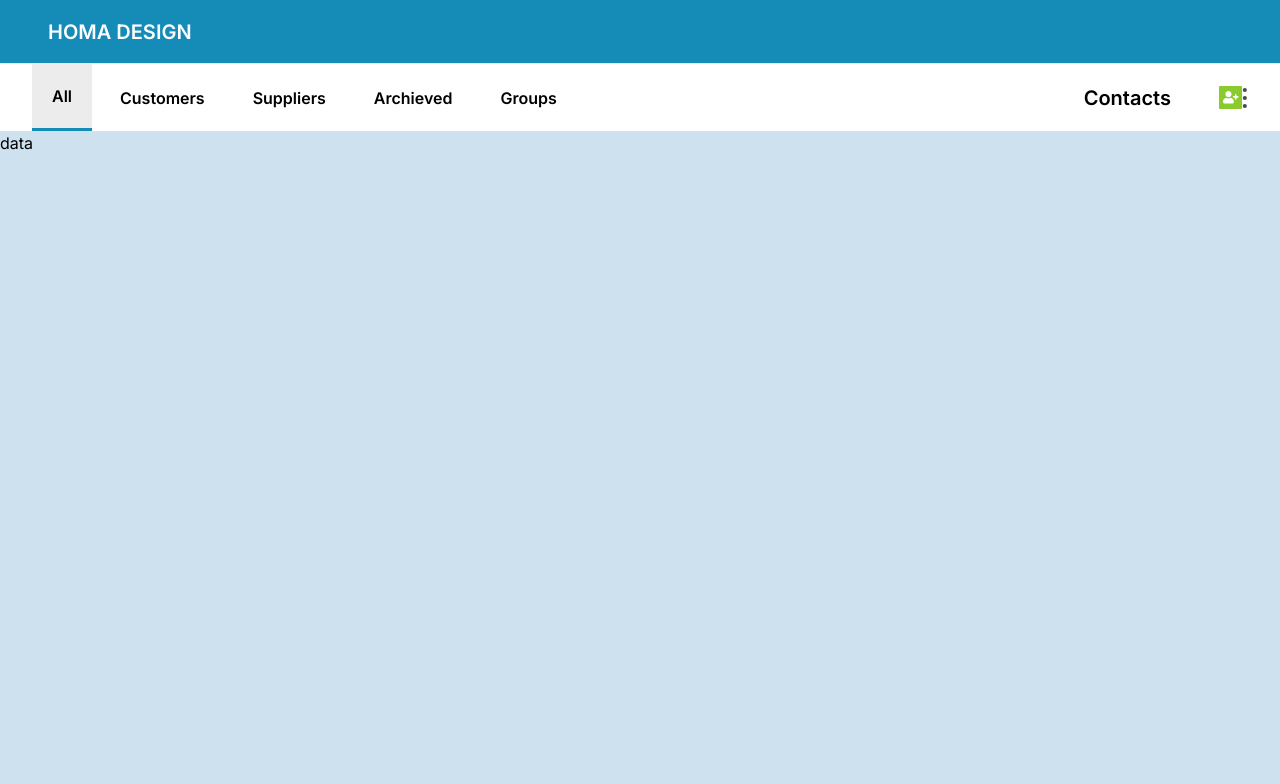
Repository: khairul35/homa-FE
Page: /contact
The author's editor kept a copy of each file at every save. The page is drawn from the files as they stood at one save, then again after the next save.
The browser window is 1280 px wide. The pictures show the whole page.
The project was rebuilt for these pictures with package versions that can differ from the ones it lists, and the page was loaded fresh each time. The framework's server and built-in components were replaced by stand-ins that run in the browser. Also part of the build but not shown: next.config.js, app/components/layout/header/BusinessMenu.tsx, app/components/layout/header/CompanyMenu.tsx.

Above is the page before, as saved 2024-01-06 10:25:01.

### app/layout.tsx
import type { Metadata } from 'next'
import { Inter } from 'next/font/google'
import Header from './components/layout/Header';
import './globals.css'

const inter = Inter({ subsets: ['latin'] })

export const metadata: Metadata = {
  title: 'MyAccount2U',
  description: 'Accounting System',
}

export default function RootLayout({
  children,
}: {
  children: React.ReactNode
}) {
  return (
    <html lang="en">
      <body className={inter.className}>
        <div className='flex flex-col h-screen'>
          <Header />
          {children}
        </div>
      </body>
    </html>
  )
}

### app/contact/page.tsx
'use client';
import { useState } from 'react';
import { ComponentProps } from './index.props';
import Component from './index.component';

const Contact = () => {
    const [currentTab, setCurrentTab] = useState('all');
    const selectedStyle = {
        backgroundColor: '#ECECEC',
        borderBottom: '3px solid #158BB8',
    };

    const onClickAddContact = () => {

    }

    const componentProps: ComponentProps = {
        currentTab,
        selectedStyle,
        setCurrentTab,
        onClickAddContact
    };

    return (<Component {...componentProps} />)
};

export default Contact;

### app/components/layout/Header.tsx
'use client';

import Link from "next/link";
import BusinessMenu from "./header/BusinessMenu";
import CompanyMenu from "./header/CompanyMenu";
import OrganizationRepository from '@/api/organization';
import { useState, useEffect } from "react";
import { Organization } from "./props";
import { CompanyMenuProps } from "./header/props";

const Header = () => {
    const [organization, setOrganization] = useState<Partial<Organization>>({});
    const [organizations, setOrganizations] = useState<Organization[]>([]);

    const findMyOrganization = async () => {
        const { data } = await OrganizationRepository.findMyOrganization();
        setOrganization(data);
    };

    const findMyOrganizations = async () => {
        const { data } = await OrganizationRepository.findMyOrganizations();
        setOrganizations(data);
    };

    useEffect(() => {
        if (localStorage.getItem('isLogin') == 'true') {
            findMyOrganization();
            findMyOrganizations();
        }
    }, []);

    const companyMenuProps: CompanyMenuProps = {
        organizations,
        organization,
    };

    return (
        localStorage.getItem('isLogin') == 'true' ?
        <div
            className="navbar border-b shadow-black-200"
            style={{ backgroundColor: "#158BB8", color: "#fff" }}
        >
            <div className="navbar-start">
                <div className="dropdown">
                    <label tabIndex={0} className="btn -btn-ghost lg:hidden">
                        <svg
                            xmlns="http:www.w3.org/2000/svg"
                            className="h-5 2-5"
                            fill="none"
                            viewBox="0 0 24 24"
                            stroke="currentColor"
                        >
                            <path
                                strokeLinecap="round"
                                strokeLinejoin="round"
                                strokeWidth="2"
                                d="M4 6h16M4 12h8m-8 6h16"
                            />
                        </svg>
                    </label>
                    <ul
                        tabIndex={0}
                        className="menu menu-sm dropdown-content mt-3 z-[1] p-2 shadow bg-base-100 rounded-box w-52">
                        <li>
                            <Link href="/dashboard">Dashboard</Link>
                        </li>
                        <li>
                            <a>Parent</a>
                            <ul className="p-2">
                                <li><a>Submenu 1</a></li>
                                <li><a>Submenu 2</a></li>
                            </ul>
                        </li>
                        <li>
                            <a>Item 3</a>
                        </li>
                    </ul>
                </div>
                <div className="navbar-center hidden lg:flex">
                    <ul className="menu menu-horizontal px-1">
                        <li>
                            <Link href="/dashboard">Dashboard</Link>
                        </li>
                        <li tabIndex={0} style={{ zIndex: 2 }}>
                            <details>
                                <summary>Business</summary>
                                <BusinessMenu />
                            </details>
                        </li>
                        <li>
                            <Link href="/accounting">Accounting</Link>
                        </li>
                        <li>
                            <Link href="/contact">Contact</Link>
                        </li>
                    </ul>
                </div>
            </div>
            <div className="navbar-end">
                <a className="mr-4">
                    <svg xmlns="http://www.w3.org/2000/svg" width="20" height="20" viewBox="0 0 33 34" fill="none">
                        <path d="M16.497 14.3524C15.7961 14.3524 15.2148 13.8266 15.2148 13.1925V8.04214C15.2148 7.40801 15.7961 6.88214 16.497 6.88214C17.1978 6.88214 17.7791 7.40801 17.7791 8.04214V13.1925C17.7791 13.8421 17.1978 14.3524 16.497 14.3524Z" fill="white"/>
                        <path d="M16.5295 29.5566C12.119 29.5566 7.72562 28.9225 3.53739 27.6542C1.98177 27.1902 0.802227 26.1849 0.289383 24.9167C-0.223461 23.6484 -0.0525134 22.1945 0.785132 20.9263L2.95617 17.6473C3.43483 16.9204 3.86219 15.5594 3.86219 14.7087V11.4608C3.86219 5.13491 9.53767 0 16.5295 0C23.5213 0 29.1967 5.13491 29.1967 11.4608V14.7087C29.1967 15.5439 29.6241 16.9204 30.1028 17.6473L32.2738 20.9263C33.0773 22.1327 33.214 23.5711 32.6841 24.8857C32.1541 26.2004 30.9917 27.2057 29.5215 27.6542C25.3333 28.938 20.9399 29.5566 16.5295 29.5566ZM16.5295 2.33546C10.9565 2.33546 6.42641 6.43411 6.42641 11.4762V14.7242C6.42641 15.977 5.87938 17.7865 5.1614 18.8537L2.99036 22.1481C2.5459 22.8132 2.44333 23.5247 2.69975 24.1433C2.95617 24.762 3.53739 25.226 4.35794 25.4734C12.2215 27.8398 20.8716 27.8398 28.7352 25.4734C29.4703 25.2569 30.0344 24.762 30.2908 24.1124C30.5643 23.4628 30.4788 22.7513 30.0857 22.1481L27.9146 18.8692C27.1966 17.802 26.6496 15.9924 26.6496 14.7396V11.4917C26.6325 6.43411 22.1024 2.33546 16.5295 2.33546Z" fill="white"/>
                        <path d="M16.4942 33.5C14.665 33.5 12.8701 32.8195 11.5709 31.644C10.2717 30.4686 9.51953 28.8446 9.51953 27.1896H12.0838C12.0838 28.2414 12.5624 29.2622 13.3829 30.0046C14.2035 30.747 15.3317 31.18 16.4942 31.18C18.9216 31.18 20.9046 29.3859 20.9046 27.1896H23.4689C23.4689 30.6696 20.3405 33.5 16.4942 33.5Z" fill="white"/>
                    </svg>
                </a>
                <a className="mr-4">
                    <svg xmlns="http://www.w3.org/2000/svg" width="20" height="20" viewBox="0 0 34 36" fill="none">
                        <path d="M2 16.9625C2 8.69375 8.375 2 16.25 2" stroke="white" strokeWidth="3.17336" strokeLinecap="round" strokeLinejoin="round"/>
                        <path d="M30.502 16.9625C30.502 25.2312 24.127 31.925 16.252 31.925C10.642 31.925 5.78203 28.523 3.45703 23.5617" stroke="white" strokeWidth="3.17336" strokeLinecap="round" strokeLinejoin="round"/>
                        <path d="M20 6.72504H29" stroke="white" strokeWidth="3.17336" strokeLinecap="round" strokeLinejoin="round"/>
                        <path d="M20 11.45H24.5" stroke="white" strokeWidth="3.17336" strokeLinecap="round" strokeLinejoin="round"/>
                        <path d="M32 33.5L29 30.35" stroke="white" strokeWidth="3.17336" strokeLinecap="round" strokeLinejoin="round"/>
                    </svg>
                </a>
                <a className="mr-4">
                    <svg xmlns="http://www.w3.org/2000/svg" width="20" height="20" viewBox="0 0 34 34" fill="none">
                        <path d="M24.135 0H9.88192C3.69084 0 0 3.689 0 9.877V24.106C0 30.311 3.69084 34 9.88192 34H24.118C30.3091 34 33.9999 30.311 33.9999 24.123V9.877C34.0169 3.689 30.3261 0 24.135 0ZM27.2136 18.275H18.2841V27.2C18.2841 27.897 17.7058 28.475 17.0085 28.475C16.3111 28.475 15.7328 27.897 15.7328 27.2V18.275H6.80339C6.10604 18.275 5.52775 17.697 5.52775 17C5.52775 16.303 6.10604 15.725 6.80339 15.725H15.7328V6.8C15.7328 6.103 16.3111 5.525 17.0085 5.525C17.7058 5.525 18.2841 6.103 18.2841 6.8V15.725H27.2136C27.9109 15.725 28.4892 16.303 28.4892 17C28.4892 17.697 27.9109 18.275 27.2136 18.275Z" fill="white"/>
                    </svg>
                </a>
                <a className="mr-4">
                    <svg xmlns="http://www.w3.org/2000/svg" width="20" height="20" viewBox="0 0 49 50" fill="none">
                        <path d="M31.1171 15.8919C31.6121 16.9039 31.9046 18.0539 31.9046 19.2729C31.8821 23.3439 28.7546 26.6789 24.7946 26.7939C24.6371 26.7709 24.4346 26.7709 24.2546 26.7939C20.2946 26.6559 17.1445 23.3439 17.1445 19.2729C17.1445 15.1099 20.4296 11.7289 24.5246 11.7289" stroke="white" strokeWidth="3" strokeLinecap="round" strokeLinejoin="round"/>
                        <path d="M39.666 41.974C35.661 45.7229 30.351 47.9999 24.501 47.9999C18.6509 47.9999 13.3409 45.7229 9.33594 41.974C9.56094 39.812 10.9109 37.696 13.3184 36.04C19.4834 31.854 29.5635 31.854 35.6835 36.04C38.091 37.696 39.441 39.812 39.666 41.974Z" stroke="white" strokeWidth="3" strokeLinecap="round" strokeLinejoin="round"/>
                        <path d="M6.5 11.2C3.6875 15.0409 2 19.8249 2 24.9999C2 37.6958 12.08 47.9998 24.5 47.9998C36.92 47.9998 47 37.6958 47 24.9999C47 12.3039 36.92 2 24.5 2C21.2825 2 18.2 2.69 15.4325 3.95499" stroke="white" strokeWidth="3" strokeLinecap="round" strokeLinejoin="round"/>
                    </svg>
                </a>
                    <ul className="menu menu-horizontal px-1">
                        <li tabIndex={0} style={{ borderRadius: '5px', background: '#0E3265', zIndex: 2 }}>
                            <details>
                                <summary>
                                    {organization.name}
                                </summary>
                                <CompanyMenu {...companyMenuProps} />
                            </details>
                        </li>
                    </ul>
            </div>
        </div>
        :
        <div
            className="navbar border-b shadow-black-200"
            style={{ backgroundColor: "#158BB8", color: "#fff" }}
        >
            <h2 className="text-xl font-semibold pl-10">HOMA DESIGN</h2>
        </div>
    )
};

export default Header;

### app/contact/index.component.tsx
import { ComponentProps } from "./index.props";

const Component = (props: ComponentProps) => {
    const {
        currentTab,
        selectedStyle,
        onClickAddContact,
        setCurrentTab,
    } = props;

    return (
        (
            <main className="flex min-h-screen flex-col justify-between bg-bg-color">
                <div>
                    <div className="bg-white">
                        <div className="flex items-center justify-between px-4 sm:px-6 md:px-8">
                            <div className="flex items-center space-x-2">
                                <span
                                    className="hidden sm:inline font-semibold p-5 cursor-pointer"
                                    style={currentTab == 'all' ? selectedStyle : undefined }
                                    onClick={() => setCurrentTab('all')}
                                >
                                    All
                                </span>
                                <span
                                    className="hidden sm:inline font-semibold p-5 cursor-pointer"
                                    style={currentTab == 'customers' ? selectedStyle : undefined }
                                    onClick={() => setCurrentTab('customers')}
                                >
                                    Customers
                                </span>
                                <span
                                    className="hidden sm:inline font-semibold p-5 cursor-pointer"
                                    style={currentTab == 'suppliers' ? selectedStyle : undefined }
                                    onClick={() => setCurrentTab('suppliers')}
                                >
                                    Suppliers
                                </span>
                                <span
                                    className="hidden sm:inline font-semibold p-5 cursor-pointer"
                                    style={currentTab == 'archieved' ? selectedStyle : undefined }
                                    onClick={() => setCurrentTab('archieved')}
                                >
                                    Archieved
                                </span>
                                <span
                                    className="hidden sm:inline font-semibold p-5 cursor-pointer"
                                    style={currentTab == 'groups' ? selectedStyle : undefined }
                                    onClick={() => setCurrentTab('groups')}
                                >
                                    Groups
                                </span>
                            </div>
                            <div className="flex items-center">
                                <h2 className="hidden sm:block text-xl font-semibold">
                                    Contacts
                                </h2>
                                <div className="flex items-center ml-2">
                                    <span className="pl-10">
                                        <svg xmlns="http://www.w3.org/2000/svg" width="23" height="23" viewBox="0 0 45 45" fill="none">
                                            <rect width="45" height="45" rx="2" fill="#8ACA2C"/>
                                            <path d="M37.25 19.75H34.25V16.75C34.25 16.3375 33.9125 16 33.5 16H32C31.5875 16 31.25 16.3375 31.25 16.75V19.75H28.25C27.8375 19.75 27.5 20.0875 27.5 20.5V22C27.5 22.4125 27.8375 22.75 28.25 22.75H31.25V25.75C31.25 26.1625 31.5875 26.5 32 26.5H33.5C33.9125 26.5 34.25 26.1625 34.25 25.75V22.75H37.25C37.6625 22.75 38 22.4125 38 22V20.5C38 20.0875 37.6625 19.75 37.25 19.75ZM18.5 22C21.8141 22 24.5 19.3141 24.5 16C24.5 12.6859 21.8141 10 18.5 10C15.1859 10 12.5 12.6859 12.5 16C12.5 19.3141 15.1859 22 18.5 22ZM22.7 23.5H21.9172C20.8766 23.9781 19.7188 24.25 18.5 24.25C17.2812 24.25 16.1281 23.9781 15.0828 23.5H14.3C10.8219 23.5 8 26.3219 8 29.8V31.75C8 32.9922 9.00781 34 10.25 34H26.75C27.9922 34 29 32.9922 29 31.75V29.8C29 26.3219 26.1781 23.5 22.7 23.5Z" fill="white"/>
                                        </svg>
                                    </span>
                                    <span>
                                        <svg xmlns="http://www.w3.org/2000/svg" width="6" height="20" viewBox="0 0 6 27" fill="none">
                                            <circle cx="2.75704" cy="2.75704" r="2.75704" fill="#494949"/>
                                            <circle cx="2.75704" cy="13.5002" r="2.75704" fill="#494949"/>
                                            <circle cx="2.75704" cy="24.2429" r="2.75704" fill="#494949"/>
                                        </svg>
                                    </span>
                                </div>
</div>

                        </div>
                    </div>
                    <div>
                        data
                    </div>
                </div>
            </main>
        )
    )
};

export default Component;

### api/organization/index.ts
import repository from "../repository";
import { CreateOrganizationProps, UpdateOrganizationProps } from "./props";

const resource = '/api/organization';

const api = {
    findMyOrganization() {
        return repository.get(`${resource}/me`);
    },
    findMyOrganizations() {
        return repository.get(`${resource}/me/all`);
    },
    createOrganization(body: CreateOrganizationProps) {
        return repository.post(`${resource}`, body);
    },
    updateOrganization(body: UpdateOrganizationProps) {
        return repository.put(`${resource}`, body);
    },
    updateCurrentOrganization(organizationId: number) {
        return repository.put(`${resource}/current-organization/${organizationId}`);
    },
};

export default api;

### api/repository.ts
import axios from 'axios';
import AuthRepository from './auth';

const repository = axios.create({
    baseURL: 'http://localhost:3000',
});

// Request interceptor to add Bearer token to outgoing requests
repository.interceptors.request.use(
    (config) => {
        const accessToken = localStorage.getItem('accessToken');
        if (accessToken) {
            config.headers.Authorization = `Bearer ${accessToken}`;
        }
        return config;
    },
    (error) => {
        return Promise.reject(error);
    }
);

let isRefreshing = false;
let failedQueue: any = [];

// Function to refresh the session and retry failed requests
async function retryFailedRequests(error: any) {
    if (isRefreshing) {
        try {
            const { data } = await AuthRepository.refreshToken();
            localStorage.setItem('accessToken', data.accessToken);
            localStorage.setItem('refreshToken', data.refreshToken);
            localStorage.setItem('isLogin', 'true');
            failedQueue.forEach((prom: any) => {
                prom.resolve(repository(prom.originalRequest));
            });
            failedQueue = [];
        } catch (error) {
            localStorage.setItem('isLogin', 'false');
            window.location.href = '/login';
            failedQueue.forEach((prom: any) => {
                prom.reject(error);
            });
            failedQueue = [];
        } finally {
            isRefreshing = false;
        }
    }
}

// Response interceptor to handle failed requests due to expired tokens
repository.interceptors.response.use(
    (response) => response,
    async (error) => {
        const {
            config,
            response: { status },
        } = error;

        if (status === 401) {
            const originalRequest = config;
            if (!isRefreshing) {
                isRefreshing = true;
                return new Promise((resolve, reject) => {
                    failedQueue.push({ resolve, reject, originalRequest });
                    retryFailedRequests(error);
                }).then((res) => {
                    return res;
                }).catch((err) => {
                    return Promise.reject(err);
                });
            } else {
                return new Promise((resolve, reject) => {
                    failedQueue.push({ resolve, reject, originalRequest });
                }).then((res) => {
                    return res;
                }).catch((err) => {
                    return Promise.reject(err);
                });
            }
        }
        return Promise.reject(error.response);
    }
);

export default repository;

### api/auth.ts
import repository from "./repository";

const resource = "/api/auth";

const api = {
    login(username: string, password: string) {
        return repository.post(
            `${resource}/login`,
            { username, password },
        );
    },
    refreshToken() {
        return repository.post(
            `${resource}/refreshToken`,
            { refreshToken: localStorage.getItem('refreshToken') },
        );
    },
    logout() {
        return repository.post(`${resource}/logout`);
    },
    logoutAllDevice() {
        return repository.post(`${resource}/logout/all-device`);
    },
};

export default api;

### tailwind.config.ts
import type { Config } from 'tailwindcss'

const config: Config = {
  content: [
    './pages/**/*.{js,ts,jsx,tsx,mdx}',
    './components/**/*.{js,ts,jsx,tsx,mdx}',
    './app/**/*.{js,ts,jsx,tsx,mdx}',
  ],
  theme: {
    extend: {
      backgroundImage: {
        'gradient-radial': 'radial-gradient(var(--tw-gradient-stops))',
        'gradient-conic':
          'conic-gradient(from 180deg at 50% 50%, var(--tw-gradient-stops))',
      },
      backgroundColor: {
        'bg-color': '#CEE1EE', // Define a custom background color class
      },
      button: {
        'primary': '#158BB8',
      },
      fontWeight: {
        'label': '600',
      },
    },
  },
  plugins: [require("daisyui")],
  daisyui: {
    themes: [
      {
        mytheme: {
          "primary": "#158BB8",
          "secondary": "#d926a9",
          "accent": "#1fb2a6",
          "neutral": "#2a323c",
          "base-100": "#1d232a",
          "info": "#3abff8",
          "success": "#36d399",
          "warning": "#fbbd23",
          "error": "#f87272",
        },
      },
    ],
  },
}
export default config

Loaded but not shown: app/globals.css (common file)

After the next save:
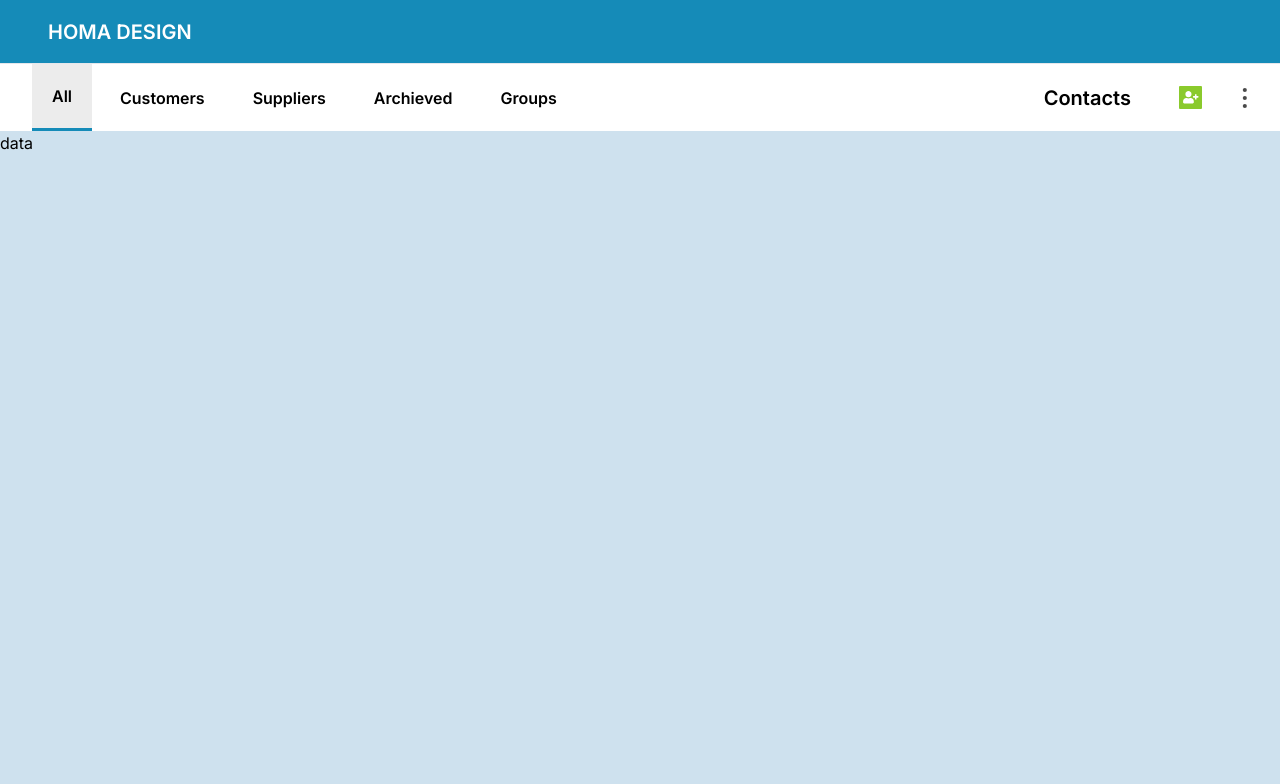
Saved 8 s later.
--- a/app/contact/index.component.tsx
+++ b/app/contact/index.component.tsx
@@ -62,7 +62,7 @@ const Component = (props: ComponentProps) => {
                                             <path d="M37.25 19.75H34.25V16.75C34.25 16.3375 33.9125 16 33.5 16H32C31.5875 16 31.25 16.3375 31.25 16.75V19.75H28.25C27.8375 19.75 27.5 20.0875 27.5 20.5V22C27.5 22.4125 27.8375 22.75 28.25 22.75H31.25V25.75C31.25 26.1625 31.5875 26.5 32 26.5H33.5C33.9125 26.5 34.25 26.1625 34.25 25.75V22.75H37.25C37.6625 22.75 38 22.4125 38 22V20.5C38 20.0875 37.6625 19.75 37.25 19.75ZM18.5 22C21.8141 22 24.5 19.3141 24.5 16C24.5 12.6859 21.8141 10 18.5 10C15.1859 10 12.5 12.6859 12.5 16C12.5 19.3141 15.1859 22 18.5 22ZM22.7 23.5H21.9172C20.8766 23.9781 19.7188 24.25 18.5 24.25C17.2812 24.25 16.1281 23.9781 15.0828 23.5H14.3C10.8219 23.5 8 26.3219 8 29.8V31.75C8 32.9922 9.00781 34 10.25 34H26.75C27.9922 34 29 32.9922 29 31.75V29.8C29 26.3219 26.1781 23.5 22.7 23.5Z" fill="white"/>
                                         </svg>
                                     </span>
-                                    <span>
+                                    <span className="pl-10">
                                         <svg xmlns="http://www.w3.org/2000/svg" width="6" height="20" viewBox="0 0 6 27" fill="none">
                                             <circle cx="2.75704" cy="2.75704" r="2.75704" fill="#494949"/>
                                             <circle cx="2.75704" cy="13.5002" r="2.75704" fill="#494949"/>
